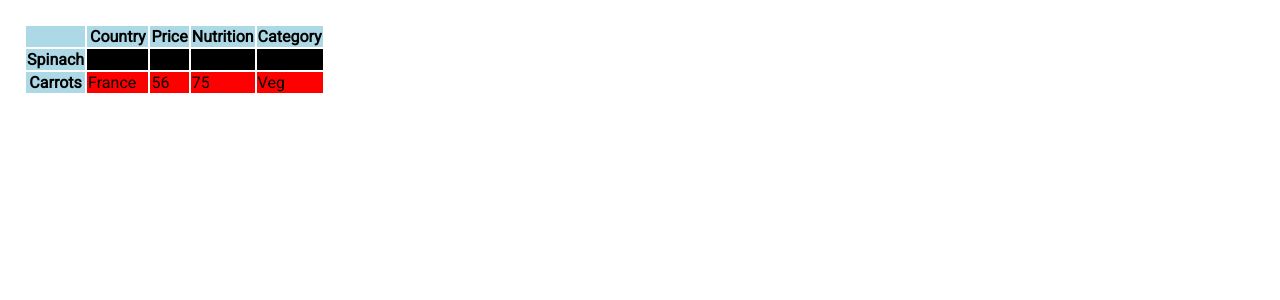
Repository: adonegan/table
Page: table.html
The author's editor kept a record of every edit. The page is drawn from the files as they stood at one moment, then again after the next edit.
The browser window is 1280 px wide. The pictures show the whole page.

Above is the page before.

### table.html
<!DOCTYPE html>
<html lang="en">
<head>
  <meta charset="UTF-8">
  <title>Table</title>
  <link href='https://fonts.googleapis.com/css?family=Roboto' rel='stylesheet' type='text/css'>


  <style>
  .odd {background-color: grey;
  }

  .even {background-color: red;
  }

  }
    td, th {
      width: 5rem;
      height: 2rem;
      border: 1px solid #ccc;
      text-align: center;
    }
    th {
      background: lightblue;
      border-color: white;
    }
    body {
      padding: 1rem;
      font-family: Roboto;
    }
    .odd {
      background-color: #000;
    }
  </style>
</head>
<body>
  <table>
    <tr>
      <th></th>
      <th>Country</th>
      <th>Price</th>
      <th>Nutrition</th>
      <th>Category</th>
    </tr>
    <tr>
      <th>Spinach</th>
      <td>America</td>
      <td>28</td>
      <td>90</td>
      <td>Veg</td>
    </tr>
    <tr>
      <th>Carrots</th>
      <td>France</td>
      <td>56</td>
      <td>75</td>
      <td>Veg</td>
    </tr>
  </table>
  <script src="https://code.jquery.com/jquery-3.3.1.js" integrity="sha256-2Kok7MbOyxpgUVvAk/HJ2jigOSYS2auK4Pfzbm7uH60=" crossorigin="anonymous"></script>
  <script src="js/myscript.js"></script>
</body>
</html>

Loaded but not shown: js/myscript.js (common file)

After the next edit:
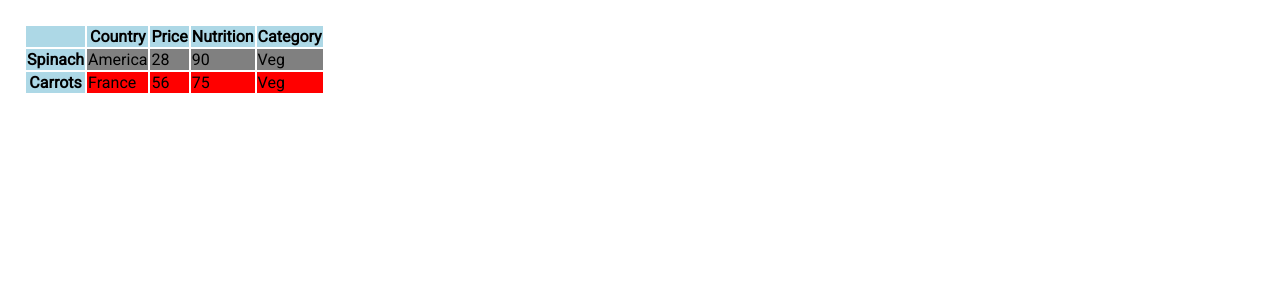
The edit:
--- a/table.html
+++ b/table.html
@@ -28,9 +28,7 @@
       padding: 1rem;
       font-family: Roboto;
     }
-    .odd {
-      background-color: #000;
-    }
+
   </style>
 </head>
 <body>
